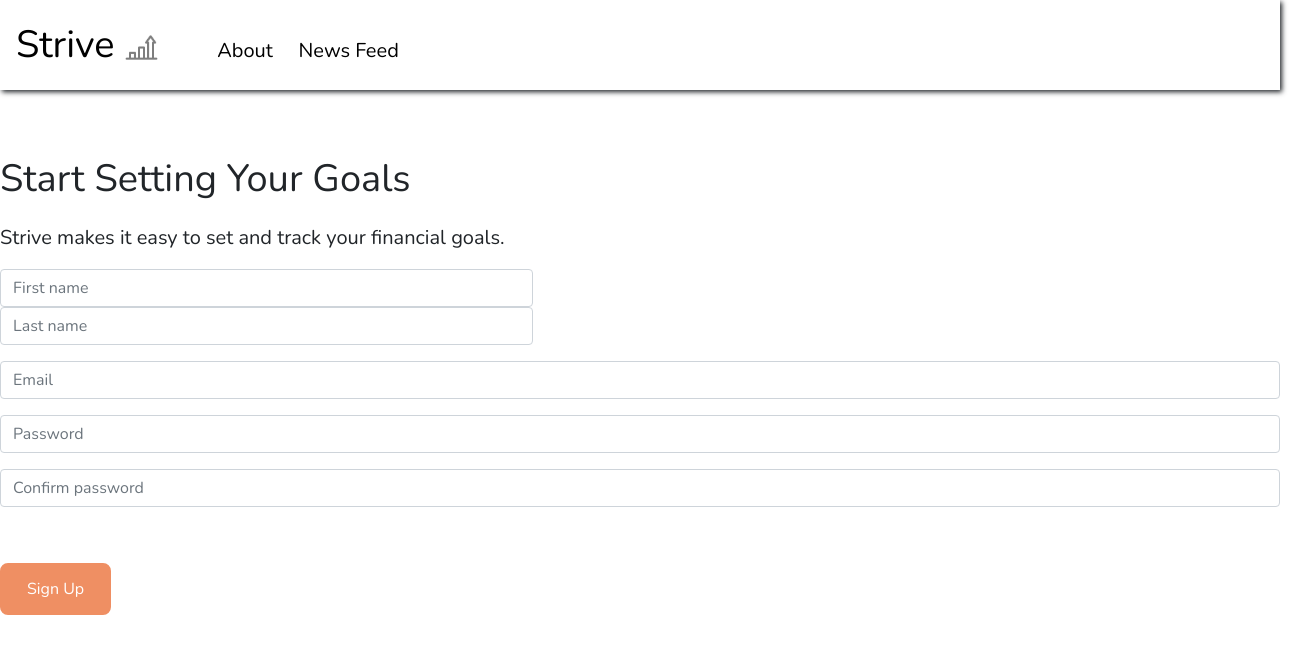
Repository: NoraOK/Strive
Page: http://localhost/strive/WEB-INF/strive/register.jsp
The author's editor kept a copy of each file at every save. The page is drawn from the files as they stood at one save, then again after the next save.
The browser window is 1280 px wide. The page is 1280 px wide, then 1295 px, so the pictures cover 1295 px, including what lies to the right of the window. The pictures show the whole page.
The page is served by Tomcat 9. Nobody is signed in. Other server files are loaded and not shown. The template is opened directly, without the code that normally fills it, so the values that code supplies are empty.

Above is the page before, as saved 2019-12-18 19:54:08.

### strive/src/main/webapp/WEB-INF/strive/register.jsp
<%@ page language="java" contentType="text/html; charset=UTF-8"
    pageEncoding="UTF-8"%>
<%@ taglib prefix="form" uri="http://www.springframework.org/tags/form"%>
<!DOCTYPE html>
<html>
<head>
<meta charset="UTF-8">
<title>Strive | Sign Up</title>
	<link rel="stylesheet" href="https://stackpath.bootstrapcdn.com/bootstrap/4.3.1/css/bootstrap.min.css" integrity="sha384-ggOyR0iXCbMQv3Xipma34MD+dH/1fQ784/j6cY/iJTQUOhcWr7x9JvoRxT2MZw1T" crossorigin="anonymous">
	<link href="/css/register.css" rel="stylesheet" type="text/css"/>
	<link href="https://fonts.googleapis.com/css?family=Nunito&display=swap" rel="stylesheet">
</head>
<body>
	<div>
		<jsp:include page="headerNoLogout.jsp"/>
	</div>
	<div class="body">
		<p class="slogan">Start Setting Your Goals</p>
		<p class="about">Strive makes it easy to set and track your financial goals.</p>

    	<form:form method="POST" action="/registration" modelAttribute="user">
    		<p>
	            <form:errors path="firstName"/>
	            <form:input path="firstName" class="col-5 form-control" placeholder="First name"/>
	            <form:errors path="lastName"/>
	            <form:input path="lastName" class=" col-5 form-control" placeholder="Last name"/>
	        </p>
	        <p>
	            <p style="color:red;"><form:errors path="email"/></p>
	            <form:input path="email" class="form-control" placeholder="Email"/>
	        </p>
	        <p>
	            <p style="color:red;"><form:errors path="password"/></p>
	            <form:password path="password" class="form-control" placeholder="Password"/>
	        </p>
	        <p>
	            <p style="color:red;"><form:errors path="passwordConfirmation"/></p>
	            <form:password path="passwordConfirmation" class="form-control" placeholder="Confirm password"/>
	        </p>
	        <input type="submit" value="Sign Up" class="sign_up"/>
    	</form:form>
	</div>
</body>
</html>

### strive/src/main/webapp/WEB-INF/strive/headerNoLogout.jsp
<%@ page language="java" contentType="text/html; charset=UTF-8"
    pageEncoding="UTF-8"%>
<!DOCTYPE html>
<html>
<head>
<meta charset="UTF-8">
<title>Insert title here</title>
	<link rel="stylesheet" href="https://stackpath.bootstrapcdn.com/bootstrap/4.3.1/css/bootstrap.min.css" integrity="sha384-ggOyR0iXCbMQv3Xipma34MD+dH/1fQ784/j6cY/iJTQUOhcWr7x9JvoRxT2MZw1T" crossorigin="anonymous">
	<link href="/css/header.css" rel="stylesheet" type="text/css"/>
	<link href="https://fonts.googleapis.com/css?family=Nunito&display=swap" rel="stylesheet">
</head>
<body>
	<header class="p-3">
		<div class="logo d-inline">
			<a href="/" class="d-inline home_button">Strive <img class="header_img" src="/images/icon2.png" alt=""></a>
			<div class="d-inline links pl-5">
				<a class="d-inline link" href="">About</a>
				<a class="d-inline link pl-3" href="">News Feed</a>
			</div>
		</div>
	</header>
</body>
</html>

### strive/src/main/resources/static/css/register.css
.body{
	padding-top: 150px;
	font-family: 'Nunito', sans-serif;
	background-color:
}


.slogan{
	font-size: 38px;
	font-weight: light;
}

.about{
	font-size: 20px;
}



/* ------------------------------------- */
/*           Sign up button              */
/* ------------------------------------- */


.sign_up{
	border:2px solid #EF8F63 ;
	border-radius: 8px;
	background-color: #EF8F63;
	padding: 12px 25px;
	color: white;
}

.sign_up:hover{
	border:2px solid #F9AD86 ;
	border-radius: 8px;
	background-color: #F9AD86;
	padding: 12px 25px;
	color: white;
}
input[type=submit]{
	margin-top: 40px;
}

### strive/src/main/resources/static/css/header.css
header{
	box-shadow: 2px 2px 5px;
	height: 90px;
	z-index: 10;
    position: fixed;
    width: 100%;
    font-family:'Nunito', sans-serif;
    background-color: white;
}

.logo{
	font-size: 38px;

}
.header_img{
	background-color: white;
	width: 35px;
	opacity: .5;
}

.button{
	font-size: 17px;
	color: black;
}

.link {
	font-size: 20px;
	color: black;
}

a:link {
  text-decoration: none;
}

a:visited {
  text-decoration: none;
}

a:hover {
  text-decoration: none;
}

.logout_button{
	border: solid 1.5px #F9AD86;
	border-radius: 8px;
	padding:  8px;
	color: black;
}

.logout_button:hover {
	background-color: #F9AD86;
	color: white;
}

.buttons{
	margin-left: 60%;
}

.home_button{
	color: black;
}

After the next save:
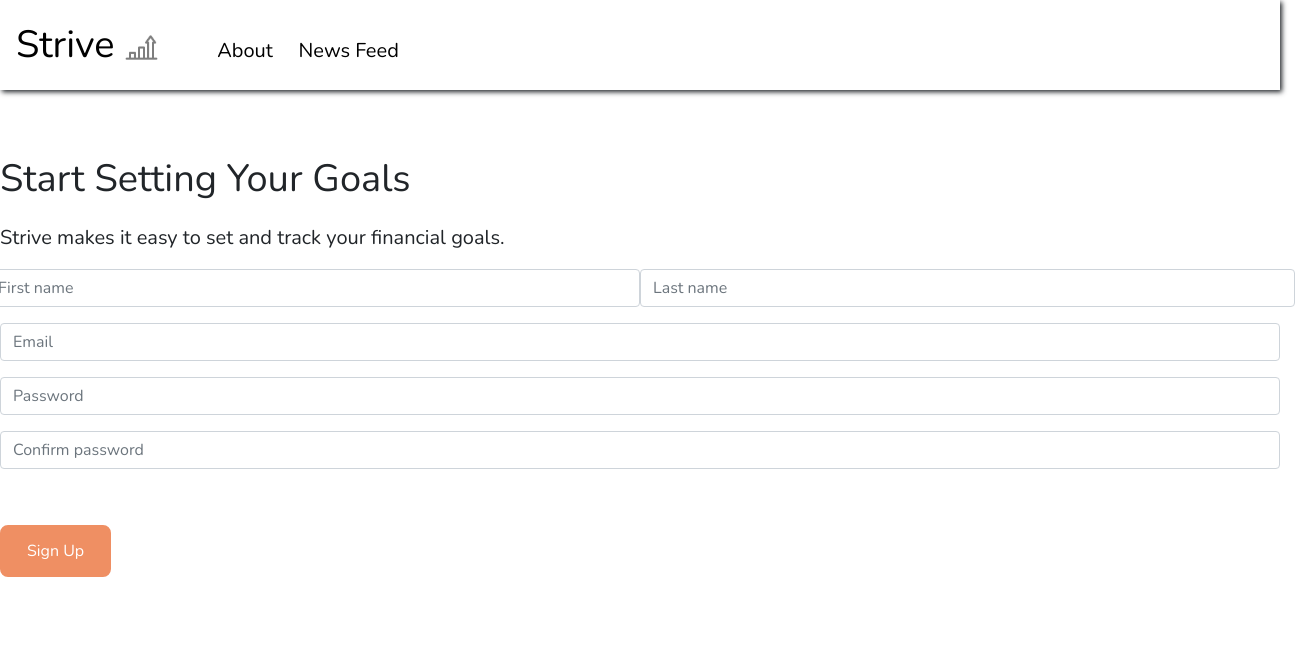
Saved 57 s later.
--- a/strive/src/main/webapp/WEB-INF/strive/register.jsp
+++ b/strive/src/main/webapp/WEB-INF/strive/register.jsp
@@ -19,11 +19,11 @@
 		<p class="about">Strive makes it easy to set and track your financial goals.</p>
 
     	<form:form method="POST" action="/registration" modelAttribute="user">
-    		<p>
+    		<p class="row">
 	            <form:errors path="firstName"/>
-	            <form:input path="firstName" class="col-5 form-control" placeholder="First name"/>
+	            <form:input path="firstName" class="col form-control" placeholder="First name"/>
 	            <form:errors path="lastName"/>
-	            <form:input path="lastName" class=" col-5 form-control" placeholder="Last name"/>
+	            <form:input path="lastName" class="col form-control" placeholder="Last name"/>
 	        </p>
 	        <p>
 	            <p style="color:red;"><form:errors path="email"/></p>
